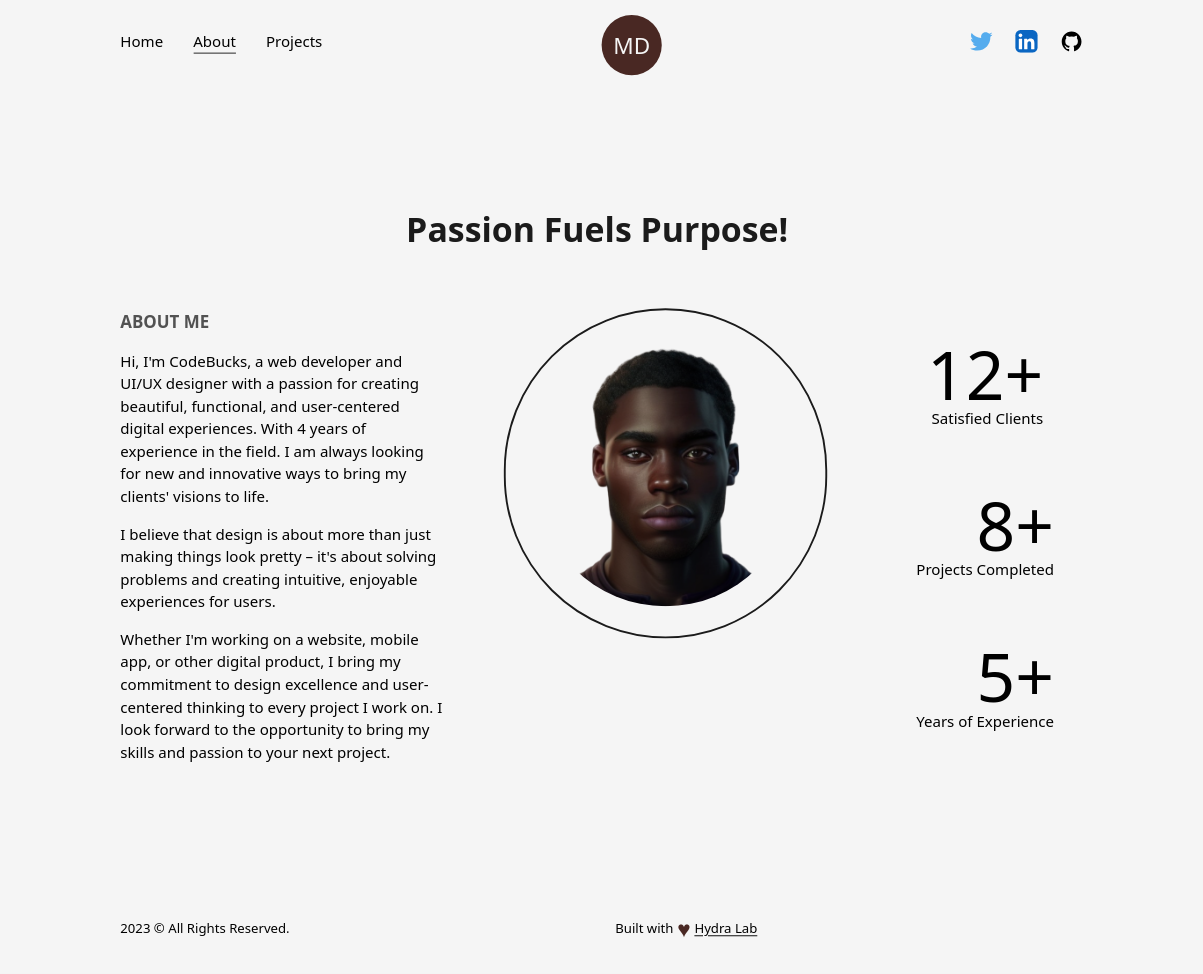
Repository: marcusdashe/situs
Page: /about
An editor plug-in stored every save of this project. The page is shown before and after the next save, followed by the edit.
The browser window is 1280 px wide. The pictures show the whole page, at 94% of full size.
The project was rebuilt for these pictures with package versions that can differ from the ones it lists, and the page was loaded fresh each time. The framework's server and built-in components were replaced by stand-ins that run in the browser.

Above is the page before, as saved 2023-06-29 14:28:48.

### src/pages/_app.js
import Footer from "@/components/Footer";
import Navbar from "@/components/Navbar";
import "@/styles/globals.css";
import Head from "next/head";
// import { IBM_Plex_Sans } from "next/font/google";

// const ibm = IBM_Plex_Sans({
//   subsets: ["latin"],
//   variable: "--font-mont",
// });

export default function App({ Component, pageProps }) {
  return (
    <>
      <Head>
        <meta name="viewport" content="width=device-width, initial-scale=1" />
        <link rel="icon" href="/favicon.ico" />
      </Head>
      <main className={`  bg-light w-full min-h-screen`}>
        <Navbar />
        <Component {...pageProps} />
        <Footer />
      </main>
    </>
  );
}

### src/pages/about.js
import AnimatedText from "@/components/AnimatedText";
import Layout from "@/components/Layout";
import Head from "next/head";
import React from "react";
import Image from "next/image";

import profilePic from "../../public/images/profile/developer-pic-3.png";

const About = () => {
  return (
    <>
      <Head>
        <title> Marcus Dashe | About Page</title>
        <meta name="description" content="About Marcus Dashe" />
      </Head>

      <main className="flex w-full flex-col items-center justify-center">
        <Layout className="pt-15">
          <AnimatedText text="Passion Fuels Purpose!" className="mb-14" />
          <div className="grid w-full grid-cols-8 gap-16">
            <div className="col-span-3 flex flex-col items-start justify-start ">
              <h2 className="mb-4 text-lg font-bold uppercase text-dark/75">
                About Me
              </h2>
              <p className="font-medium">
                Hi, I'm CodeBucks, a web developer and UI/UX designer with a
                passion for creating beautiful, functional, and user-centered
                digital experiences. With 4 years of experience in the field. I
                am always looking for new and innovative ways to bring my
                clients' visions to life.
              </p>
              <p className="font-medium my-4">
                I believe that design is about more than just making things look
                pretty – it's about solving problems and creating intuitive,
                enjoyable experiences for users.
              </p>
              <p className="font-medium ">
                Whether I'm working on a website, mobile app, or other digital
                product, I bring my commitment to design excellence and
                user-centered thinking to every project I work on. I look
                forward to the opportunity to bring my skills and passion to
                your next project.
              </p>
            </div>

            <div className="col-span-3 relative h-max rounded-full border-2 border-solid border-dark bg-light p-8">
              {/* <div className="absolute top-0 -right-3 -z-10 w-[102%] h-[103%] rounded-2xl bg-dark" /> */}
              <Image
                src={profilePic}
                alt="MarcusDashe"
                className="w-full h-auto rounded-full"
              />
            </div>

            <div className="col-span-2 flex flex-col items-center justify-around">
              <div className="flex flex-col items-end justify-center">
                <span className="inline-block text-7xl">12+</span>
                <h2>Satisfied Clients</h2>
              </div>

              <div className="flex flex-col items-end justify-center">
                <span className="inline-block text-7xl">8+</span>
                <h2>Projects Completed</h2>
              </div>
              <div className="flex flex-col items-end justify-center">
                <span className="inline-block text-7xl">5+</span>
                <h2>Years of Experience</h2>
              </div>
            </div>
          </div>
        </Layout>
      </main>
    </>
  );
};

export default About;

### src/components/Footer.jsx
import React from "react";
import Layout from "./Layout";
import Link from "next/link";

const Footer = () => {
  return (
    <footer className="w-full border-t-1 border-solid border-primaryDark font-medium text-sm ">
      <Layout className="py-8 flex items-center justify-between">
        <span>{new Date().getFullYear()} &copy; All Rights Reserved.</span>
        <div className="flex items-center">
          Built with{" "}
          <span className="text-primaryDark text-2xl px-1">&hearts;</span>
          <Link href="/" className="underline underline-offset-2">
            Hydra Lab
          </Link>
        </div>
        <Link href="/"></Link>
      </Layout>
    </footer>
  );
};

export default Footer;

### src/components/Navbar.jsx
import React from "react";
import { useRouter } from "next/router";
import Link from "next/link";
import Logo from "./Logo";
import { TwitterIcon, GithubIcon, LinkedInIcon } from "./Icons";
import { motion } from "framer-motion";

const CustomLink = ({ href, title, className = "" }) => {
  const router = useRouter();

  return (
    <Link href={href} className={`${className} relative group`}>
      {title}
      <span
        className={`h-[1px] inline-block bg-dark absolute left-0 -bottom-0.5 group-hover:w-full transition-[width] ease duration-300 ${
          router.asPath === href ? "w-full" : "w-0"
        }`}
      >
        &nbsp;
      </span>
    </Link>
  );
};

const Navbar = () => {
  return (
    <header
      className="w-full px-32 py-8 font-medium
            flex items-center justify-between"
    >
      <nav>
        <CustomLink href="/" title="Home" className="mr-4" />
        <CustomLink href="/about" title="About" className="mx-4" />
        <CustomLink href="/projects" title="Projects" className="mx-4" />
        {/* <CustomLink href="/articles" title="Articles" className="ml-4" /> */}
      </nav>

      <nav className="flex items-center justify-center flex-wrap">
        <motion.a
          href="https://www.twitter.com/marcusdashe"
          target={"_blank"}
          whileHover={{
            y: -2,
          }}
          whileTap={{ scale: 0.9 }}
          className="w-6 mx-3"
        >
          <TwitterIcon className="" />
        </motion.a>
        <motion.a
          href="https://www.linkedin.com/in/marcus-dashe-15a088202"
          target={"_blank"}
          whileHover={{
            y: -2,
          }}
          whileTap={{ scale: 0.9 }}
          className="w-6 mx-3"
        >
          <LinkedInIcon />
        </motion.a>
        <motion.a
          href="https://www.github.com/marcusdashe"
          target={"_blank"}
          whileHover={{
            y: -2,
          }}
          whileTap={{ scale: 0.9 }}
          className="w-6 ml-3"
        >
          <GithubIcon />
        </motion.a>
      </nav>
      <div className="absolute left-[50%] top-2 translate-x-[-50]">
        <Logo />
      </div>
    </header>
  );
};

export default Navbar;

### src/styles/globals.css
@import url("https://fonts.googleapis.com/css2?family=IBM+Plex+Sans:ital,wght@0,100;0,200;0,300;1,100;1,200&family=Inter:wght@300;400;500;600;700;800;900&display=swap");

@tailwind base;
@tailwind components;
@tailwind utilities;

### src/components/AnimatedText.jsx
import React from "react";
import { motion } from "framer-motion";

const quote = {
  initial: {
    opacity: 1,
  },
  animate: {
    opacity: 1,
    transition: {
      delay: 0.5,
      staggerChildren: 0.08,
    },
  },
};

const singleWord = {
  initial: {
    opacity: 0,
    y: 50,
  },
  animate: {
    opacity: 1,
    y: 0,
    transition: {
      duration: 1,
    },
  },
};

const AnimatedText = ({ text, className = "" }) => {
  return (
    <div className="w-full mx-auto py-2 flex items-center justify-center text-center overflow-hidden ">
      <motion.h1
        className={`inline-block w-full text-dark font-bold capitalize text-4xl ${className}`}
        variants={quote}
        initial="initial"
        animate="animate"
      >
        {text.split(" ").map((word, index) => (
          <motion.span
            key={index}
            className="inline-block"
            variants={singleWord}
          >
            {word}&nbsp;
          </motion.span>
        ))}
      </motion.h1>
    </div>
  );
};

export default AnimatedText;

### src/components/Layout.jsx
import React from "react";

const Layout = ({ children, className = "" }) => {
  return (
    <div className={`${className} w-full inline-block z-0 bg-light p-32`}>
      {children}
    </div>
  );
};

export default Layout;

### src/components/Logo.jsx
"use client";

import React from "react";
import Link from "next/link";
import { motion } from "framer-motion";

const MotionLink = motion(Link);

const Logo = () => {
  return (
    <div className="flex items-center justify-center mt-2">
      <MotionLink
        href="/"
        className="w-16 h-16 bg-primaryDark text-light flex items-center
        justify-center rounded-full text-2xl  hover
      "
        whileHover={{
          scale: 1.5,
          backgroundColor: [
            "#121212",
            "rgba(131,58,180,1)",
            "rgba(253,29,29,1)",
            "rgba(252,176,69,1)",
            "rgba(131,58,180,1)",
            "#121212",
          ],
          transition: {
            duration: 1,
            repeat: Infinity,
          },
        }}
      >
        MD
      </MotionLink>
    </div>
  );
};

export default Logo;

Loaded but not shown: tailwind.config.js (30 lines, source omitted); src/components/Icons.jsx (474 lines, source omitted)

After the next save:
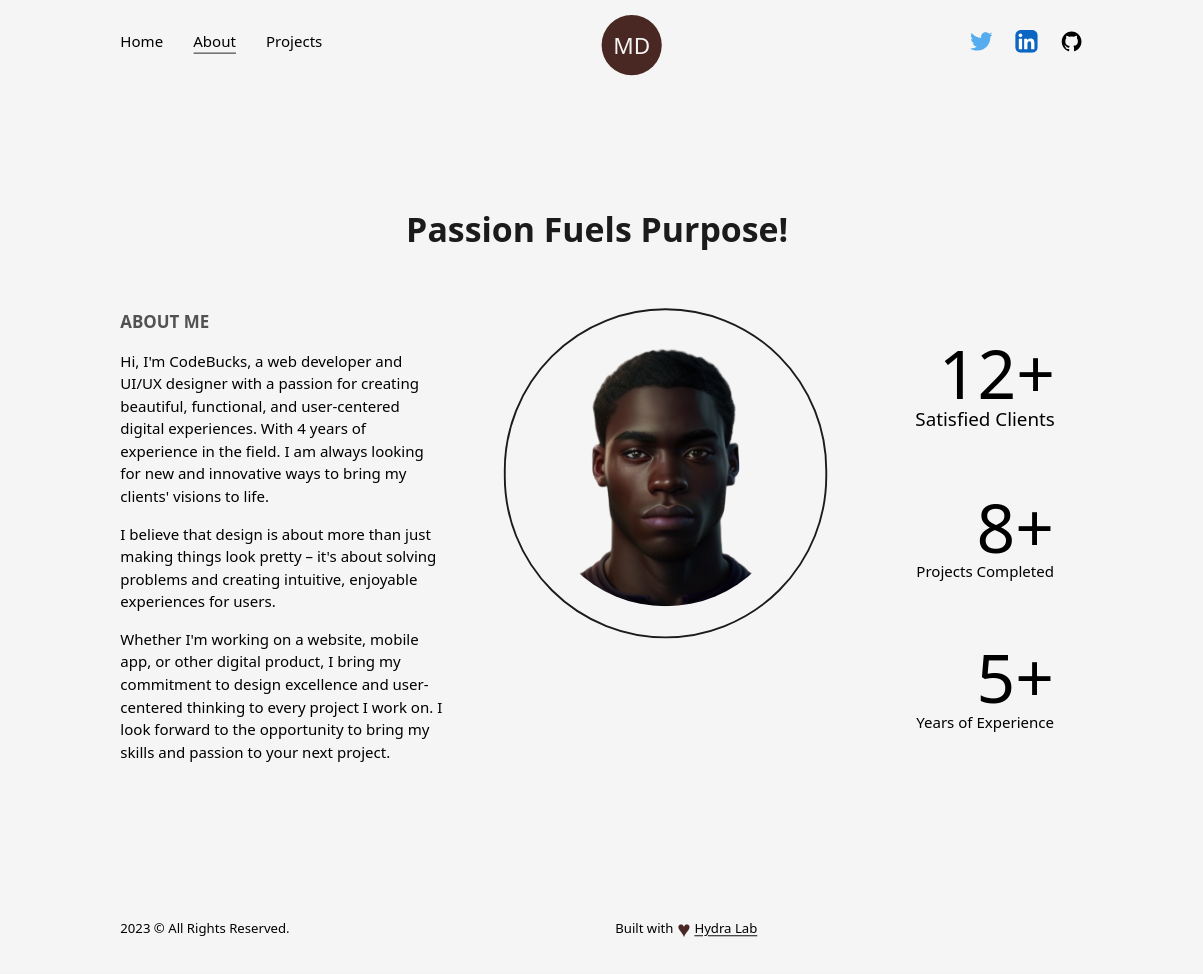
Saved 38 s later.
--- a/src/pages/about.js
+++ b/src/pages/about.js
@@ -55,7 +55,7 @@ const About = () => {
             <div className="col-span-2 flex flex-col items-center justify-around">
               <div className="flex flex-col items-end justify-center">
                 <span className="inline-block text-7xl">12+</span>
-                <h2>Satisfied Clients</h2>
+                <h2 className="text-xl">Satisfied Clients</h2>
               </div>
 
               <div className="flex flex-col items-end justify-center">
